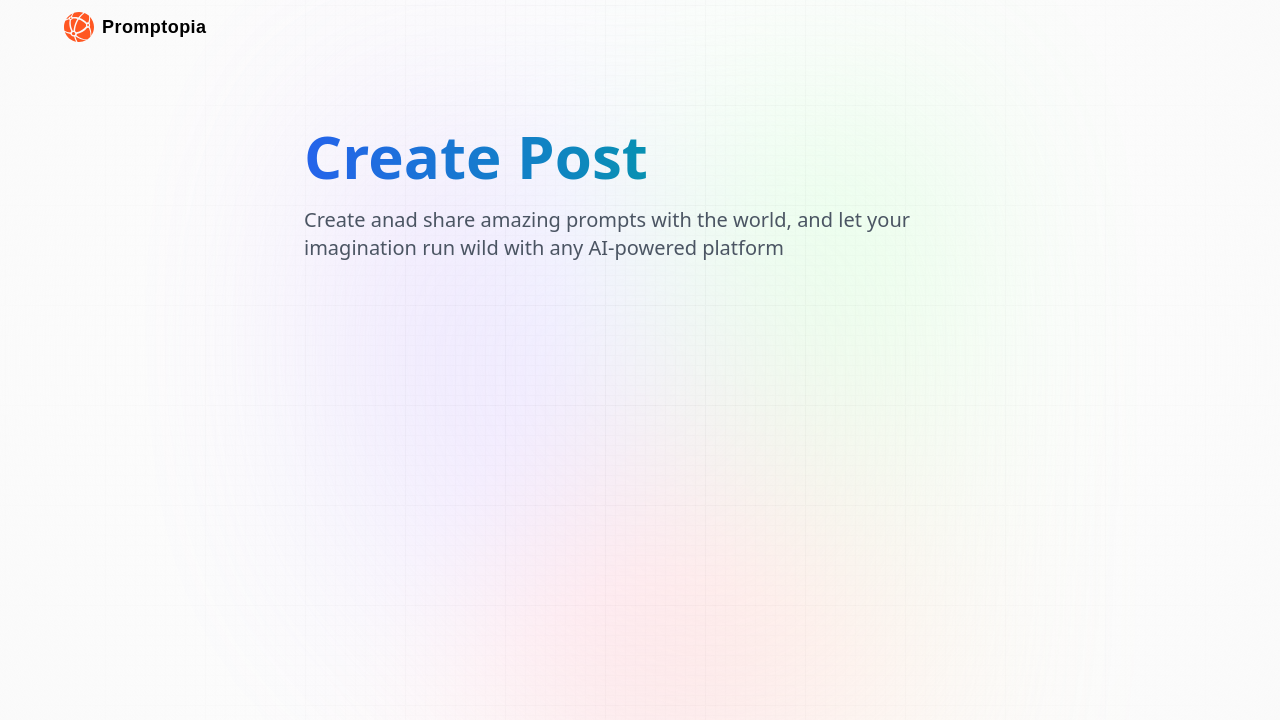
Repository: shraddesh123/promptAI
Page: /create-prompt
The author's editor kept a copy of each file at every save. The page is drawn from the files as they stood at one save, then again after a run of saves.
The browser window is 1280 px wide. The pictures show the whole page.
The page's requests for data from a server got no answer. The project was rebuilt for these pictures with package versions that can differ from the ones it lists, and the page was loaded fresh each time. The framework's server and built-in components were replaced by stand-ins that run in the browser. No one was signed in, and anything a server would have sent is missing. Also part of the build but not shown: next.config.mjs.

Above is the page before, as saved 2024-08-02 18:16:25.

### app/layout.jsx

import "@styles/global.css";
import Nav from "@components/Nav";
import Provider from "@components/Provider";


export const metadata = {
    title: "Promptopia",
    description: "Discover & Share AI Prompts",
};
//we did not returning anything like other components
const RootLayout = ({ children }) => (
    <html lang='en'>
        <body>
            <Provider>
                <div className='main'>
                    <div className='gradient' />
                </div>
                <main className='app'>
                    <Nav />
                    {children}
                </main>
            </Provider>
        </body>
    </html>
);

export default RootLayout;

### app/create-prompt/page.jsx
"use client";
import { useState } from "react"
import { useSession } from "next-auth/react";
import { useRouter } from "next/router";

import Form from "@components/Form";


const CreatePrompt = () => {
    const [Submitting, setSubmitting] = useState(false);
    const [Post, setPost] = useState({
        prompt: '',
        tag: '',
    });
    const createPrompt = async (e) => {

    }
    return (
        <div>
            <Form
                type="Create"
                post={Post}
                setPost={setPost}
                Submitting={Submitting}
                handleSubmit={createPrompt}
            />
        </div>
    )
}

export default CreatePrompt

### styles/global.css
@import url("https://fonts.googleapis.com/css2?family=Inter:wght@100;200;300;400;500;600;700;800;900&display=swap");

@tailwind base;
@tailwind components;
@tailwind utilities;

/*
  Note: The styles for this gradient grid background is heavily inspired by the creator of this amazing site (https://dub.sh) – all credits go to them!
*/

.main {
  width: 100vw;
  min-height: 100vh;
  position: fixed;
  display: flex;
  justify-content: center;
  padding: 120px 24px 160px 24px;
  pointer-events: none;
}

.main:before {
  background: radial-gradient(circle, rgba(2, 0, 36, 0) 0, #fafafa 100%);
  position: absolute;
  content: "";
  z-index: 2;
  width: 100%;
  height: 100%;
  top: 0;
}

.main:after {
  content: "";
  background-image: url("/assets/images/grid.svg");
  z-index: 1;
  position: absolute;
  width: 100%;
  height: 100%;
  top: 0;
  opacity: 0.4;
  filter: invert(1);
}

.gradient {
  height: fit-content;
  z-index: 3;
  width: 100%;
  max-width: 640px;
  background-image: radial-gradient(
      at 27% 37%,
      hsla(215, 98%, 61%, 1) 0px,
      transparent 0%
    ),
    radial-gradient(at 97% 21%, hsla(125, 98%, 72%, 1) 0px, transparent 50%),
    radial-gradient(at 52% 99%, hsla(354, 98%, 61%, 1) 0px, transparent 50%),
    radial-gradient(at 10% 29%, hsla(256, 96%, 67%, 1) 0px, transparent 50%),
    radial-gradient(at 97% 96%, hsla(38, 60%, 74%, 1) 0px, transparent 50%),
    radial-gradient(at 33% 50%, hsla(222, 67%, 73%, 1) 0px, transparent 50%),
    radial-gradient(at 79% 53%, hsla(343, 68%, 79%, 1) 0px, transparent 50%);
  position: absolute;
  content: "";
  width: 100%;
  height: 100%;
  filter: blur(100px) saturate(150%);
  top: 80px;
  opacity: 0.15;
}

@media screen and (max-width: 640px) {
  .main {
    padding: 0;
  }
}

/* Tailwind Styles */

.app {
  @apply relative z-10 flex justify-center items-center flex-col max-w-7xl mx-auto sm:px-16 px-6;
}

.black_btn {
  @apply rounded-full border border-black bg-red-500 py-1.5 px-5 text-white transition-all hover:bg-white hover:text-black text-center text-sm font-inter flex items-center justify-center;
}

.outline_btn {
  @apply rounded-full border border-black bg-transparent py-1.5 px-5 text-black transition-all hover:bg-black hover:text-white text-center text-sm font-inter flex items-center justify-center;
}

.head_text {
  @apply mt-5 text-5xl font-extrabold leading-[1.15] text-black sm:text-6xl;
}

.orange_gradient {
  @apply bg-gradient-to-r from-amber-500 via-orange-600 to-yellow-500 bg-clip-text text-transparent;
}

.green_gradient {
  @apply bg-gradient-to-r from-green-400 to-green-500 bg-clip-text text-transparent;
}

.blue_gradient {
  @apply bg-gradient-to-r from-blue-600 to-cyan-600 bg-clip-text text-transparent;
}

.desc {
  @apply mt-5 text-lg text-gray-600 sm:text-xl max-w-2xl;
}

.search_input {
  @apply block w-full rounded-md border border-gray-200 bg-white py-2.5 font-satoshi pl-5 pr-12 text-sm shadow-lg font-medium focus:border-black focus:outline-none focus:ring-0;
}

.copy_btn {
  @apply w-7 h-7 rounded-full bg-white/10 shadow-[inset_10px_-50px_94px_0_rgb(199,199,199,0.2)] backdrop-blur flex justify-center items-center cursor-pointer;
}

.glassmorphism {
  @apply rounded-xl border border-gray-200 bg-white/20 shadow-[inset_10px_-50px_94px_0_rgb(199,199,199,0.2)] backdrop-blur p-5;
}

.prompt_layout {
  @apply space-y-6 py-8 sm:columns-2 sm:gap-6 xl:columns-3;
}

/* Feed Component */
.feed {
  @apply mt-16 mx-auto w-full max-w-xl flex justify-center items-center flex-col gap-2;
}

/* Form Component */
.form_textarea {
  @apply w-full flex rounded-lg h-[200px] mt-2 p-3 text-sm text-gray-500 outline-0;
}

.form_input {
  @apply w-full flex rounded-lg mt-2 p-3 text-sm text-gray-500 outline-0;
}

/* Nav Component */
.logo_text {
  @apply max-sm:hidden font-satoshi font-semibold text-lg text-black tracking-wide;
}

.dropdown {
  @apply absolute right-0 top-full mt-3 w-full p-5 rounded-lg bg-white min-w-[210px] flex flex-col gap-2 justify-end items-end;
}

.dropdown_link {
  @apply text-sm font-inter text-gray-700 hover:text-gray-500 font-medium;
}

/* PromptCard Component */
.prompt_card {
  @apply flex-1 break-inside-avoid rounded-lg border border-gray-300 bg-white/20 bg-clip-padding p-6 pb-4 backdrop-blur-lg backdrop-filter md:w-[360px] w-full h-fit;
}

.flex-center {
  @apply flex justify-center items-center;
}

.flex-start {
  @apply flex justify-start items-start;
}

.flex-end {
  @apply flex justify-end items-center;
}

.flex-between {
  @apply flex justify-between items-center;
}

### components/Nav.jsx
"use client";
import Link from "next/link"
import Image from "next/image"
import { useState, useEffect } from "react"
import { signIn, signOut, useSession, getProviders } from 'next-auth/react'


const Nav = () => {

    const { data: session } = useSession();
    const [providers, setProviders] = useState(null);
    const [toggleDropdown, setToggleDropdown] = useState(false);

    useEffect(() => {//functional component to fetch the available authentication providers from the next-auth library
        const setUpProviders = async () => {
            const res = await getProviders();//the getProviders function is called and the result is stored in the res variable.
            setProviders(res);
            // The setProviders function is then called with the res variable to update the providers state variable.
        }
        setUpProviders();
    }, []);


    return (
        <nav className="flex-between w-full mb-16 pt-3">
            <Link
                href="/"
                className="flex gap-2 flex-center">

                <Image
                    src="/assets/images/logo.svg"
                    width={30}
                    height={30}
                    className="object-contain"
                    alt="logo"
                />

                <p className="logo_text">Promptopia</p>

            </Link>
            {/*desktop navigation*/}
            <div className="sm:flex hidden">
                {session?.user ? (
                    <div className="flex gap-3 md:gap-5">
                        <Link
                            href="/create-prompt"
                            className="black_btn"
                        >
                            Create Post
                        </Link>
                        <button
                            type="button"
                            onClick={signOut}
                            className="outline_btn">
                            Sign Out
                        </button>
                        <Link href="/profile">
                            <Image
                                src={session?.user.image}
                                width={37}
                                height={37}
                                className="rounded-full"
                                alt="profile"
                            />
                        </Link>
                    </div>
                ) : (
                    <>
                        {providers &&
                            Object.values(providers).map((provider) => (
                                <button
                                    type='button'
                                    key={provider.name}
                                    onClick={() => {
                                        signIn(provider.id);
                                    }}
                                    className='black_btn'
                                >
                                    Sign In
                                </button>
                            ))}
                    </>
                )}
            </div>
            {/*mobile navigation*/}
            <div className="sm:hidden flex relative">
                {session?.user ? (
                    <div className="flex">
                        <Image
                            src={session?.user.image}
                            width={30}
                            height={30}
                            className="object-contain cursor-pointer"
                            alt="profile"
                            onClick={() => setToggleDropdown(!toggleDropdown)}//prev is a reference to the previous value of the toggleDropdown state variable.!prev expression is used to toggle the value of prev. If prev is true, !prev will be false, and vice versa.
                        />
                        {toggleDropdown && (
                            <div className="dropdown">
                                <Link
                                    href='/profile'
                                    className='dropdown_link'
                                    onClick={() => setToggleDropdown(false)}
                                >
                                    My Profile
                                </Link>
                                <Link
                                    href='/create-prompt'
                                    className='dropdown_link'
                                    onClick={() => setToggleDropdown(false)}
                                >
                                    Create Post
                                </Link>
                                <button
                                    type="button"
                                    onClick={() => {
                                        setToggleDropdown(false);
                                        signOut();
                                    }}
                                    className="mt-5 w-full black_btn"
                                >
                                    Sign Out
                                </button>
                            </div>
                        )}
                    </div>
                )
                    :
                    (
                        <>
                            {providers &&
                                Object.values(providers).map((provider) => (
                                    <button
                                        type='button'
                                        key={provider.name}
                                        onClick={() => {
                                            signIn(provider.id);
                                        }}
                                        className='black_btn'
                                    >
                                        Sign in
                                    </button>
                                ))}
                        </>
                    )}
            </div>
        </nav>
    )
}

export default Nav

### components/Provider.jsx
"use client";
import { SessionProvider } from 'next-auth/react'

const Provider = ({ children, session }) => {

  return (
    <SessionProvider session={session}>
      {children}
    </SessionProvider>
  )
}

export default Provider

### components/Form.jsx
import Link from "next/link"

const Form = ({ type, post, setPost, Submitting, handleSubmit }) => {
  return (
    <section className="w-full max-w-full flex-start flex-col">
      <h1 className="head_text text-left"> <span className="blue_gradient">{type} Post</span></h1>
      <p className="desc text-left max-w-md">
          {type} anad share amazing prompts with the world, and let your imagination run wild with any AI-powered platform
      </p>
    </section>
  )
}

export default Form

Loaded but not shown: tailwind.config.js (common file)

After the next 2 saves:
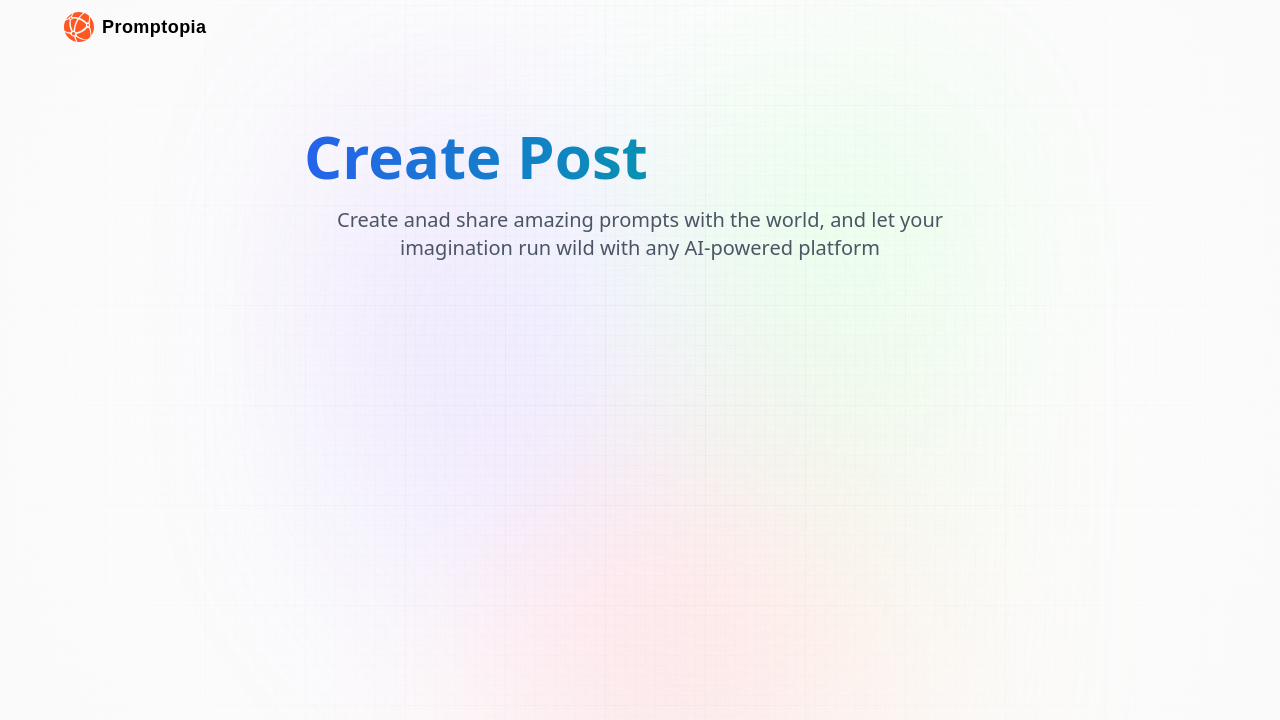
The 2 saves are shown as one change because they came seconds apart.
The last was saved 13 s later.
--- a/components/Form.jsx
+++ b/components/Form.jsx
@@ -4,7 +4,7 @@
   return (
     <section className="w-full max-w-full flex-start flex-col">
       <h1 className="head_text text-left"> <span className="blue_gradient">{type} Post</span></h1>
-      <p className="desc text-left max-w-md">
+      <p className="desc text-left max-w-md text-center">
           {type} anad share amazing prompts with the world, and let your imagination run wild with any AI-powered platform
       </p>
     </section>

After the 2 saves that followed:
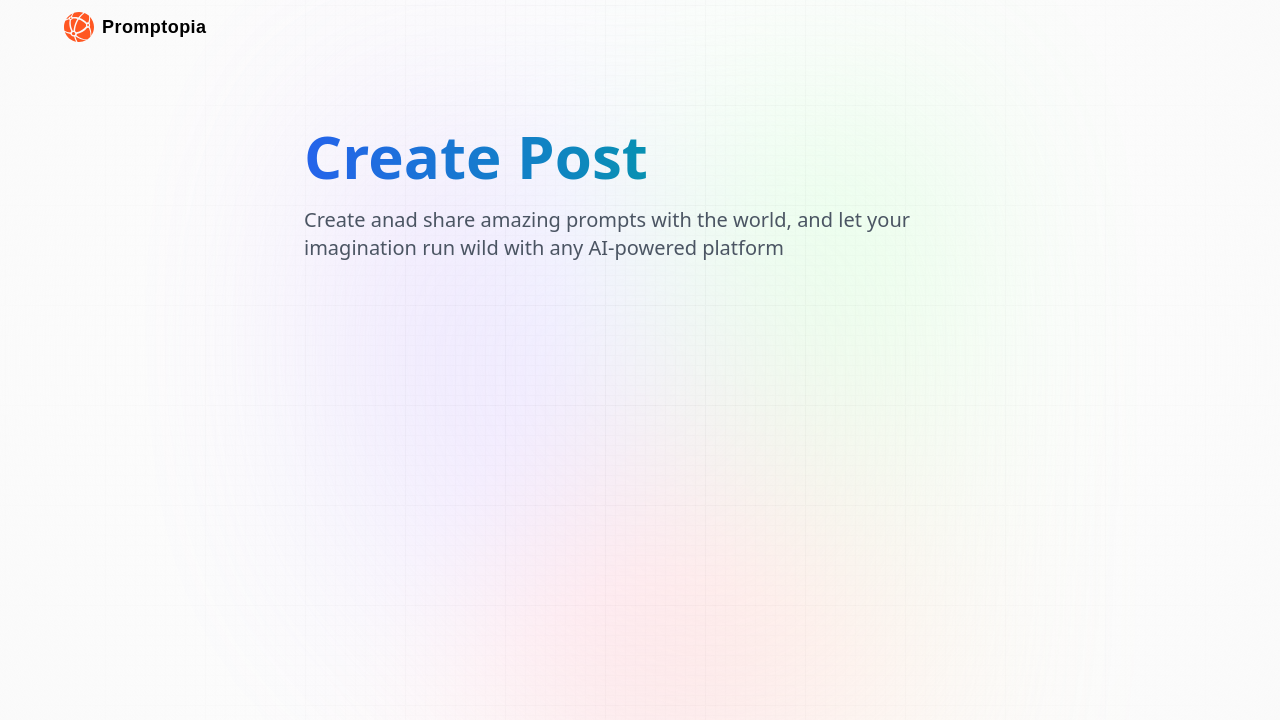
The 2 saves are shown as one change because they came seconds apart.
The last was saved 9 s later.
--- a/components/Form.jsx
+++ b/components/Form.jsx
@@ -4,7 +4,7 @@
   return (
     <section className="w-full max-w-full flex-start flex-col">
       <h1 className="head_text text-left"> <span className="blue_gradient">{type} Post</span></h1>
-      <p className="desc text-left max-w-md text-center">
+      <p className="desc text-left max-w-md">
           {type} anad share amazing prompts with the world, and let your imagination run wild with any AI-powered platform
       </p>
     </section>
